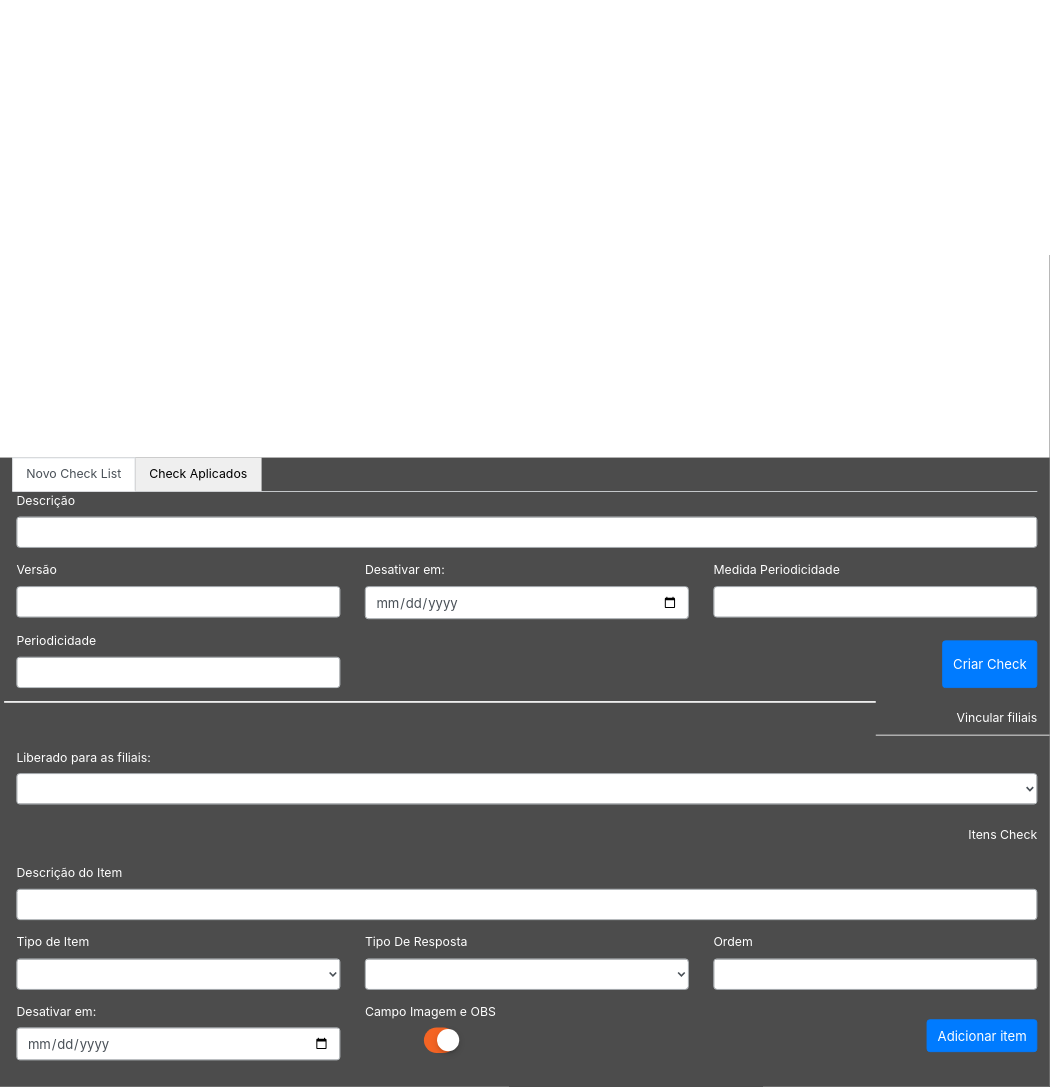
Repository: Conlog-SA/portal_operacional
Page: apps/safety_layout_checklist_app/templates/safety_layout_checklist_app/form_cad_layout_checklist.html
The author's editor kept a copy of each file at every save. The page is drawn from the files as they stood at one save, then again after the next save.
The browser window is 1280 px wide. The pictures show the whole page, at 82% of full size.
The template is drawn by Django 3.2. The application's start-up code is not run. Other server files are loaded and not shown. The template is opened directly, without the code that normally fills it, so the values that code supplies are empty.

Above is the page before, as saved 2023-11-16 16:14:21.

### apps/safety_layout_checklist_app/templates/safety_layout_checklist_app/form_cad_layout_checklist.html
{% load static %}

{% block link_static_css %}
    <link rel="stylesheet" href="{% static 'css/cores.css' %}" />
    <link rel="stylesheet" href="{% static 'css/toggle_switch.css' %}" />
    <link rel="stylesheet" href="{% static 'css/loader.css' %}" />
    <link rel="stylesheet" href="{% static 'css/seguranca_safety_app/seguranca_safety.css' %}" />
    <link rel="stylesheet" href="{% static 'libs/bootstrap_4/css/bootstrap.min.css' %}" />

{% endblock %}

<div class="d-flex flex-column h-100 align-items-center justify-content-start text-white w-95" style="margin-right: 0px; width:100%;">
   <div class="mt-3 d-flex align-items-end justify-content-between div_Titulo" style="padding-bottom:15px;">
       <div class="d-flex align-items-center justify-content-center">
            <i class="fa-solid fa-truck-fast" style="font-size:50px; margin-left:0px; margin-right:15px; color:#cf6a15;"></i>
           <h1 class="titlePadraoMenu" style="margin-left:0px;">Safety</h1>
       </div>
       <img class="logo_cabecalho" src="{% static 'icons/logo-branca.png' %}" >
   </div>
    <div class="containerApp w-95">
        <div class="form-group form_div_check w-100" >
            <div class="col-md-12 w-100 h-100">
                <nav>
                    <div class="nav nav-tabs" id="myTab" role="tablist">
                      <button class="nav-link active tabs-nav" id="a_tab_new_check" data-bs-toggle="tab"
                         data-bs-target="#div_tab_new_check"  type="button" role="tab"
                         aria-controls="div_tab_new_check"
                         aria-selected="true" style="border-radius:0px 0px 0 0; font-size:15px">
                         Novo Check List
                         <i class="fa-solid fa-filter" style="color: #f46424;"></i>
                      </button>
                      <button class="nav-link tabs-nav" id="a_tab_check_criados" data-bs-toggle="tab"
                         data-bs-target="#div_check_criados" type="button" role="tab"
                         aria-controls="div_check_criados"
                         aria-selected="false" style="border-radius:0px 0px 0 0; font-size:15px" >
                         Check Aplicados
                        <i class="fa-solid fa-pen-to-square" style="color: #f46424"></i>
                      </button>
                    </div>
                </nav>
                <div class="tab-content" style="border-radius:0 0 10px 10px; font-size:15px">
                    <div class="tab-pane active" id="div_tab_new_check" role="tabpanel" aria-labelledby="a_tab_new_check" style="padding-left:5px;">
                        <form id="form_new_check_list" name="form_nem_check_list">
                          <div class="row">
                             <div class="form-group col-sm-12">
                               <label for="descricao_new_check"> Descrição </label>
                               <input type="text" class="form-control" id="descricao_new_check">
                             </div>
                             <div class="form-group col-sm-4">
                               <label for="versao_new_check">Versão</label>
                               <input type="text" class="form-control" id="versao_new_check">
                             </div>
                             <div class="form-group col-sm-4">
                               <label for="desativar_new_check_date">Desativar em:</label>
                               <input type="date" class="form-control" id="desativar_new_check_date">
                             </div>
                             <div class="form-group col-sm-4">
                               <label for="medida_periodicidade_new_check">Medida Periodicidade</label>
                               <input type="text" class="form-control" id="medida_periodicidade_new_check">
                             </div>
                             <div class="form-group col-sm-4">
                              <label for="periodicidade_new_check">Periodicidade</label>
                              <input type="text" class="form-control" id="periodicidade_new_check">
                            </div>
                             <div class="form-group col-sm-8 w-15 d-flex justify-content-end" style="margin-top:10px">
                                <button type="button" class="btn btn-primary btn-form" id="btn_new_check" name="btn_new_check"> Criar Check </button>
                             </div>
                             <div class="form-group d-flex col-sm-10" style="background-color:white; height:2px;">
                             </div>
                             <div class="form-group col-sm-2 d-flex justify-content-end divider">
                                <label>Vincular filiais</label>
                             </div>
                             <div class="form-group col-sm-12 d-flex align-items-start" style="margin-bottom:0px;">
                                 <label>Liberado para as filiais:</label>
                              </div>
                             <div class="form-group col-sm-12">
                                <select class="selectpicker form-control"
                                        id="liberado_filiais" name="liberado_filiais" placeholder="Liberado Filiais" required>
                                </select>
                             </div>
                             <div class="form-group col-sm-12 d-flex justify-content-end" style="margin-top:10px">
                                <label>Itens Check</label>
                             </div>
                              <div class="form-group col-sm-12">
                                   <label for="descricao_item_check"> Descrição do Item</label>
                                   <input type="text" class="form-control" id="descricao_item_check">
                             </div>
                             <div class="form-group col-sm-4">
                                   <label for="select_tipo_item">Tipo de Item</label>
                                   <select class="selectpicker form-control"
                                           id="select_tipo_item" name="select_tipo_item" placeholder="Tipo de Item" required>
                                   </select>
                             </div>
                             <div class="form-group col-sm-4">
                                <label for="select_tipo_resposta">Tipo De Resposta</label>
                                <select class="selectpicker form-control"
                                        id="select_tipo_resposta" name="select_tipo_resposta"
                                        placeholder="Tipo de Resposta" required>
                                </select>
                              </div>
                              <div class="form-group col-sm-4">
                                <label for="input_ordem_check">Ordem</label>
                                <input type="text" class="form-control" id="input_ordem_check">
                              </div>
                              <div class="form-group col-sm-4">
                                <label for="desativar_item_date">Desativar em:</label>
                                <input type="date" class="form-control" id="desativar_item_date">
                              </div>
                              <div class="form-group col-sm-2 check-box">
                                  <div class="label">
                                    <label for="obs_imagem_check_box"> Campo Imagem e OBS</label>
                                  </div>
                                  <div class="container" style="padding-right: 72px; padding-left: 72px;">
                                      <input type="checkbox" checked="checked" class="checkbox" name="obs_imagem_check_box" id="obs_imagem_check_box" style="width:10px; height:10px;">
                                      <label class="switch" for="obs_imagem_check_box">
                                      <span class="slider"></span>
                                        </label>
                                  </div>
                              </div>
                              <div class="form-group  col-md-6 w-15 d-flex justify-content-end" style="margin-top:10px; margin-botton:10px;">
                                <button type="button" class="btn btn-primary btn-form" id="btn_new_item" name="btn_new_item" style="margin-bottom: 10px;margin-top: 10px;"> Adicionar item</button>
                             </div>
                          </div>
                        </form>
                    </div>
                    <div class="tab-pane" id="div_check_criados" role="tabpanel" aria-labelledby="a_tab_check_criados">
                       <form id="form_check_aplicados" name="form_check_aplicados" method="POST" style="margin-left:10px; margin-right:10px;">
                          <div class="row">
                              <div class="col md-5">
                                  <label for="filial_check_aplicado">Filial</label>
                                  <select class="selectpicker form-control" id="filial_check_aplicado" name="filial_check_aplicado">
                                  </select>
                              </div>
                          </div>
                       </form>
                    </div>
                </div>
            </div>
        </div>
    </div>
</div>


<script src="https://code.jquery.com/jquery-3.6.0.min.js"></script>
<script src="{% static 'libs/bootstrap_4/js/bootstrap.min.js' %}"></script>

### static/css/cores.css
:root{
    --cor_bg_login: rgba(24, 27, 30, 0.90);
    --cor_cinza_escuro: #515457;
    --cor_cinza_claro: #9fa3a7;
    --cor_cinza_claro2: #d0d0d0;
    --cor_branco: #e6e4e4;
    --cor_bg_solido: #181b1e;
    --cor_bg_solido_claro:#343537;
    --cor_bg_cinza_escuro: rgba(33,37,41,0.9) !important;
    --cor_bg_cinza_escuro_cabecalho: rgba(33,37,41,0.7) !important;
    --cor_bg_modais_body: #DCDCDC;

    --cor_empresa: #f46424;
    --cor_empresa_hover: #df5b23;
    --cor_empresa_active: #b24110;

    --bs-accordion-btn-focus-box-shadow_custom: 0 0 0 0.25rem rgba(244, 100, 36, 0.25);

    --bs-accordion-btn-active-icon_custom:url('');

    --cor_card_chamado_hover: #ccccce;
    --cor_card_chamado_active: #999999;
    --cor_chamado_emergencial: #b30f04;
    --cor_branco: #fff;
    /* --cor_branco_escuro: #969393; */
    --cor_card_a_atender: #e3f8f5;
    --cor_card_atendendo: #e1ffe4;;
    --cor_card_em_espera: #fdf9c6;
}

### static/css/toggle_switch.css
/* Remove this container when use*/
.component-title {
    width: 100%;
    position: absolute;
    z-index: 999;
    top: 30px;
    left: 0;
    padding: 0;
    margin: 0;
    font-size: 1rem;
    font-weight: 700;
    color: #888;
    text-align: center;
  }

  /* The switch - the box around the slider */
  .container {
    width: 77px;
    height: 31px;
    position: relative;
  }

  /* Hide default HTML checkbox */
  .checkbox {
    opacity: 0;
    width: 0;
    height: 0;
    position: absolute;
  }

  .switch {
    width: 100%;
    height: 100%;
    display: block;
    background-color: #e9e9eb;
    border-radius: 16px;
    cursor: pointer;
    transition: all 0.2s ease-out;
  }

  /* The slider */
  .slider {
    width: 27px;
    height: 27px;
    position: absolute;
    left: calc(50% - 27px/2 - 10px);
    top: calc(50% - 27px/2);
    border-radius: 50%;
    background: #FFFFFF;
    box-shadow: 0px 3px 8px rgba(0, 0, 0, 0.15), 0px 3px 1px rgba(0, 0, 0, 0.06);
    transition: all 0.2s ease-out;
    cursor: pointer;
  }

  .checkbox:checked + .switch {
    background-color: #f46424;
  }

  .checkbox:checked + .switch .slider {
    left: calc(50% - 27px/2 + 10px);
    top: calc(50% - 27px/2);
  }

  .cursor-pointer{
    cursor: pointer;
  }

### static/css/loader.css
.loader {
  /* display: flex; */
  margin-left: 1.5rem;
  align-items: center;
  /* width: 50px;
  height: 50px; */
  position: relative;
  display: none;
}

.loader:before {
  align-items: center;
  display: flex;
  content: "";
    position: absolute;
    top: -10px;
    left: -10px;
    right: -10px;
    bottom: -10px;
    border-radius: 50%;
    /* width: 50px;
    height: 50px; */
  }

  .loader-inner {
    display: flex;
    justify-content: center;
    align-items: center;
    position: relative;
  }

  .loader-block {
    display: inline-block;
    width: 10px;
    height: 10px;
    margin: 2px;
    background-color: #f46424;
    box-shadow: 0 0 20px #f46424;
    animation: loader_562 1.2s cubic-bezier(0.5, 0, 0.5, 1) infinite;
  }

  .loader-block:nth-child(1) {
    animation-delay: 0.1s;
  }

  .loader-block:nth-child(2) {
    animation-delay: 0.2s;
  }

  .loader-block:nth-child(3) {
    animation-delay: 0.3s;
  }

  .loader-block:nth-child(4) {
    animation-delay: 0.4s;
  }

  .loader-block:nth-child(5) {
    animation-delay: 0.5s;
  }

  .loader-block:nth-child(6) {
    animation-delay: 0.6s;
  }

  .loader-block:nth-child(7) {
    animation-delay: 0.7s;
  }

  .loader-block:nth-child(8) {
    animation-delay: 0.8s;
  }

  @keyframes loader_562 {
    0% {
      transform: scale(1);
      box-shadow: 0 0 20px rgba(255, 255, 255, 0.5);
    }

    20% {
      transform: scale(1, 2.5);
      box-shadow: 0 0 50px rgba(255, 255, 255, 0.7);
    }

    40% {
      transform: scale(1);
      box-shadow: 0 0 20px rgba(255, 255, 255, 0.5);
    }
  }

### static/css/seguranca_safety_app/seguranca_safety.css
.containerApp {
    background: rgba(0, 0, 0, 0.7); /* Cor preta com 50% de opacidade */
    color: white; /* Cor do texto, por exemplo, branco */
}

label[for="liberado_filiais"] {
    text-align: left !important; /* Tente usar !important para forçar a aplicação do estilo */
}

.divider {
    border-bottom: 1px solid #ffffff; /* Adicione a cor e largura desejadas para a linha */
    margin-top: 10px;
  }

Loaded but not shown: static/libs/bootstrap_4/css/bootstrap.min.css (library); static/libs/bootstrap_4/js/bootstrap.min.js (library)

After the next save:
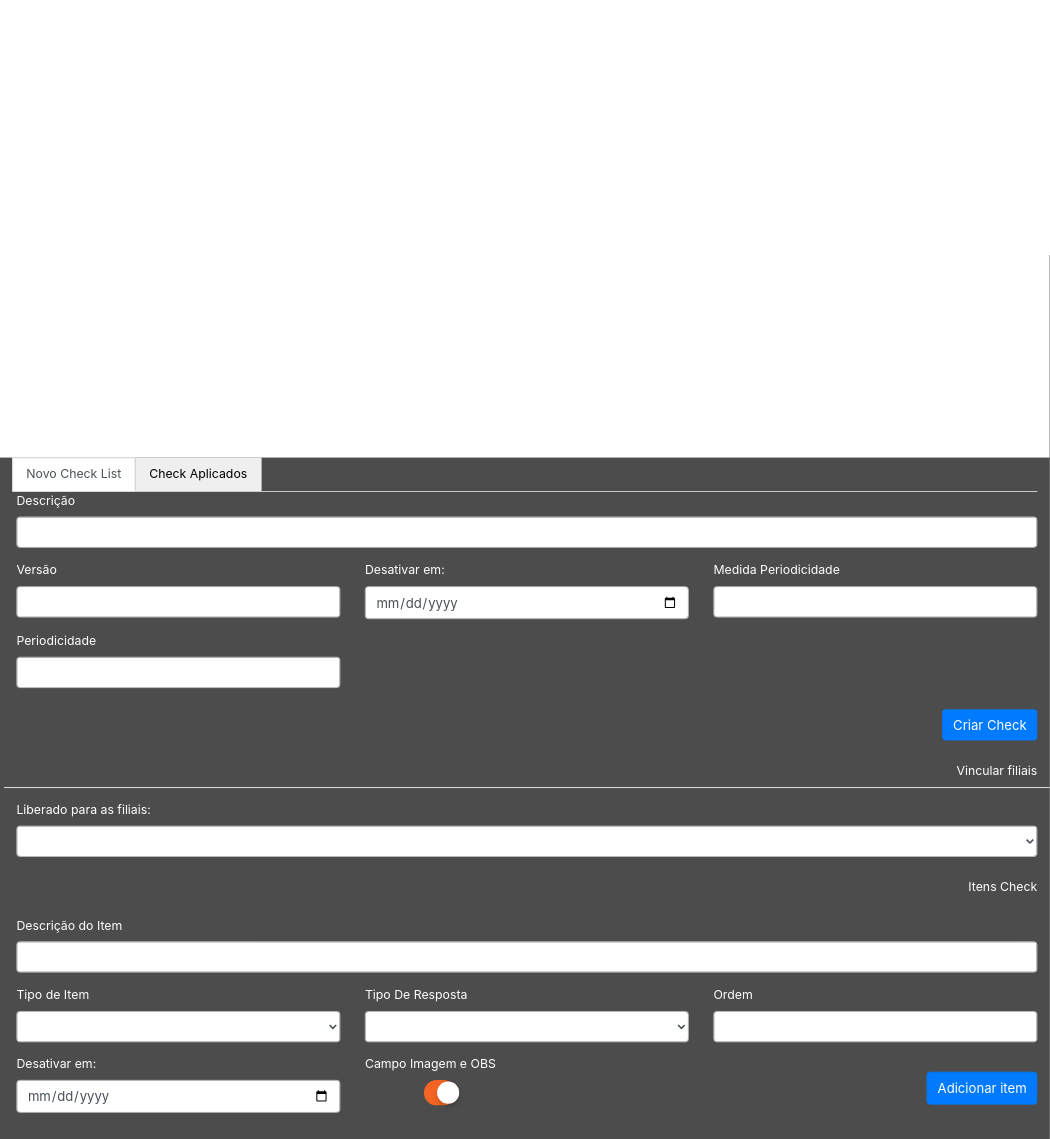
Saved 83 s later.
--- a/apps/safety_layout_checklist_app/templates/safety_layout_checklist_app/form_cad_layout_checklist.html
+++ b/apps/safety_layout_checklist_app/templates/safety_layout_checklist_app/form_cad_layout_checklist.html
@@ -62,12 +62,10 @@
                               <label for="periodicidade_new_check">Periodicidade</label>
                               <input type="text" class="form-control" id="periodicidade_new_check">
                             </div>
-                             <div class="form-group col-sm-8 w-15 d-flex justify-content-end" style="margin-top:10px">
+                             <div class="form-group col-sm-12 w-15 d-flex justify-content-end" style="margin-top:10px">
                                 <button type="button" class="btn btn-primary btn-form" id="btn_new_check" name="btn_new_check"> Criar Check </button>
                              </div>
-                             <div class="form-group d-flex col-sm-10" style="background-color:white; height:2px;">
-                             </div>
-                             <div class="form-group col-sm-2 d-flex justify-content-end divider">
+                             <div class="form-group col-sm-12 d-flex justify-content-end divider">
                                 <label>Vincular filiais</label>
                              </div>
                              <div class="form-group col-sm-12 d-flex align-items-start" style="margin-bottom:0px;">

After the save that followed:
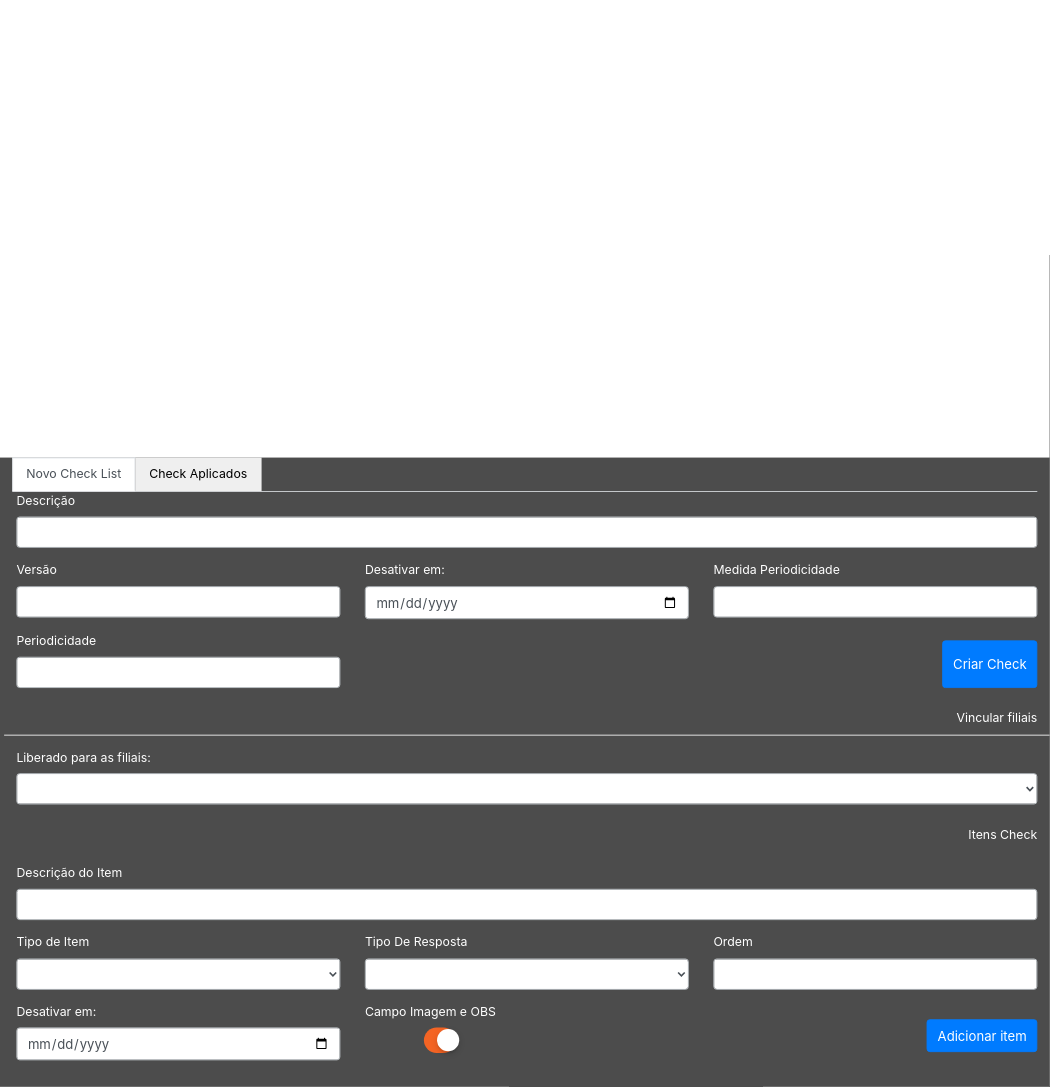
Saved 31 s later.
--- a/apps/safety_layout_checklist_app/templates/safety_layout_checklist_app/form_cad_layout_checklist.html
+++ b/apps/safety_layout_checklist_app/templates/safety_layout_checklist_app/form_cad_layout_checklist.html
@@ -62,7 +62,7 @@
                               <label for="periodicidade_new_check">Periodicidade</label>
                               <input type="text" class="form-control" id="periodicidade_new_check">
                             </div>
-                             <div class="form-group col-sm-12 w-15 d-flex justify-content-end" style="margin-top:10px">
+                             <div class="form-group col-sm-8 w-15 d-flex justify-content-end" style="margin-top:10px">
                                 <button type="button" class="btn btn-primary btn-form" id="btn_new_check" name="btn_new_check"> Criar Check </button>
                              </div>
                              <div class="form-group col-sm-12 d-flex justify-content-end divider">
